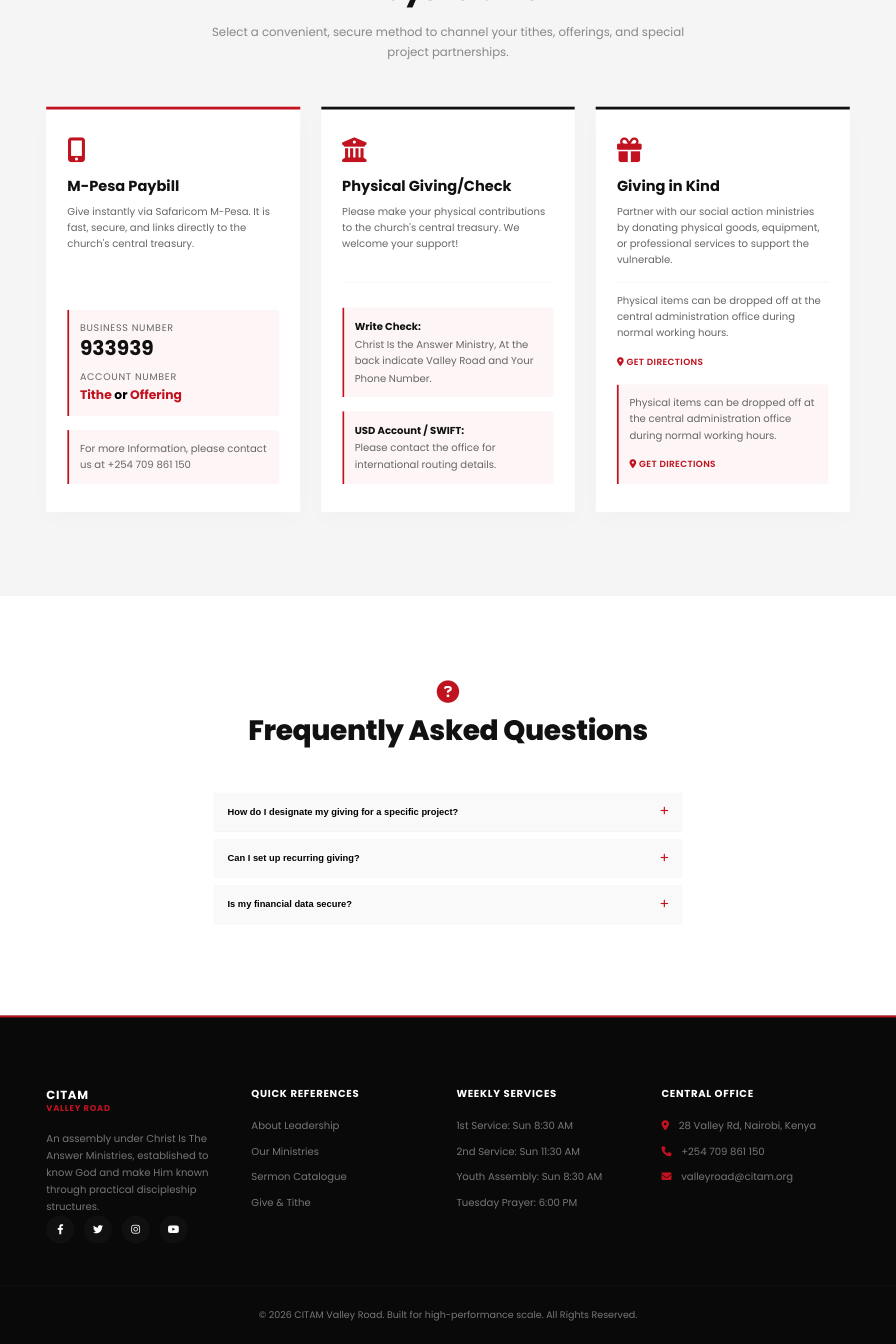
Repository: jereworks/CITAMVRD-Website
Page: give.html
An editor plug-in stored every save of this project. The page is shown before and after the next save, followed by the edit.
The browser window is 1280 px wide. The pictures show the part of the page from y = 669 to 2589 px (the page is 2589 px tall before and 2565 px after), at 70% of full size.

Above is the page before, as saved 2026-06-12 07:33:12.

### give.html
<!DOCTYPE html>
<html lang="en">
<head>
    <meta charset="UTF-8">
    <meta name="viewport" content="width=device-width, initial-scale=1.0">
    <meta name="description" content="Support the ministry at CITAM Valley Road through your tithes, offerings, and partnership. Find our M-Pesa Paybill, Bank details, and other giving methods.">
    <title>Give & Partner | CITAM Valley Road</title>

    <link rel="preconnect" href="https://fonts.googleapis.com">
    <link rel="preconnect" href="https://fonts.gstatic.com" crossorigin>
    <link href="https://fonts.googleapis.com/css2?family=Poppins:wght@300;400;500;600;700;800&display=swap" rel="stylesheet">
    <link rel="stylesheet" href="https://cdnjs.cloudflare.com/ajax/libs/font-awesome/6.4.0/css/all.min.css">

    <link rel="stylesheet" href="css/style.css">
</head>
<body>

    <div class="top-bar">
        <div class="container top-bar-flex">
            <div class="top-info">
                <span><i class="fas fa-phone-alt"></i> +254 709 861 150</span>
                <span><i class="fas fa-envelope"></i> valleyroad@citam.org</span>
                <span><i class="fas fa-map-marker-alt"></i> 28 Valley Rd, Nairobi, Kenya</span>
            </div>
            <div class="top-social">
                <a href="https://www.facebook.com/citamvrdke" target="_blank" aria-label="Facebook"><i class="fab fa-facebook-f"></i></a>
                <a href="https://x.com/CitamVrdKE" aria-label="Twitter"><i class="fab fa-twitter"></i></a>
                <a href="https://www.instagram.com/citamvrdke/" aria-label="Instagram"><i class="fab fa-instagram"></i></a>
                <a href="https://www.youtube.com/@CITAMValleyRoadNPC" aria-label="YouTube"><i class="fab fa-youtube"></i></a>
            </div>
        </div>
    </div>

    <header class="header" id="header">
        <div class="container nav-container">

            <a href="index.html" class="logo" aria-label="CITAM Valley Road Home" style="display: flex; align-items: center; gap: 15px; text-decoration: none;">
                <img src="images/CITAMLOGO.svg" alt="CITAM Logo" style="height: 70px; width: auto; display: block;">

                <div style="display: flex; flex-direction: column; justify-content: center;">
                    <span style="font-size: 2.2rem; font-weight: 800; color: #ffffff; line-height: 0.85; letter-spacing: 2px;">
                        CITAM
                    </span>
                    <span style="font-size: 0.7rem; font-weight: 400; color: #ffffff; line-height: 1; margin-top: 6px; text-transform: uppercase; width: 100%; text-align-last: justify;">
                        Valley Road
                    </span>
                </div>
            </a>

            <nav class="nav-menu" id="nav-menu" aria-label="Main Navigation">
                <ul class="nav-list">
                    <li><a href="index.html">Home</a></li>
                    <li><a href="about.html">About Us</a></li>
                    <li><a href="ministries.html">Ministries</a></li>
                    <li><a href="sermons.html">Sermons</a></li>
                    <li><a href="events.html">Events</a></li>
                    <li><a href="gallery.html">Gallery</a></li>
                    <li><a href="contact.html">Contact</a></li>
                </ul>
            </nav>

            <div class="nav-actions">
                <a href="give.html" class="btn btn-primary btn-nav active">Give / Tithe</a>
                <button class="hamburger" id="hamburger" aria-expanded="false" aria-label="Toggle navigation menu">
                    <i class="fas fa-bars"></i>
                </button>
            </div>
        </div>
    </header>

    <section class="about-hero-banner" style="background: linear-gradient(rgba(17, 17, 17, 0.85), rgba(17, 17, 17, 0.85)), url('https://images.unsplash.com/photo-1529070538774-1843cb3265df?auto=format&fit=crop&w=1920&q=80') no-repeat center center/cover;">
        <div class="container text-center">
            <span class="hero-pre-tag animate-on-scroll reveal-up">Worship & Partner</span>
            <h1 class="animate-on-scroll reveal-up delay-1">Giving & Tithes</h1>
            <p class="hero-subtext animate-on-scroll reveal-up delay-2">Honoring God through our resources to advance the Kingdom, support our community, and impact the world.</p>
        </div>
    </section>

    <section class="section bg-light">
        <div class="container">
            <div class="text-center mb-4">
                <span class="section-subtitle text-primary">Secure Transfer Ecosystems</span>
                <h2 class="section-title">Ways to Give</h2>
                <p class="max-width-text">Select a convenient, secure method to channel your tithes, offerings, and special project partnerships.</p>
            </div>

            <div class="grid-3 mt-4">

                <div class="identity-box card-vision animate-on-scroll reveal-up" style="display: flex; flex-direction: column;">
                    <div style="overflow: visible;">
                        <i class="fas fa-mobile-alt icon-lead text-primary"></i>
                    </div>
                    <h3>M-Pesa Paybill</h3>
                    <p style="flex-grow: 1;">Give instantly via Safaricom M-Pesa. It is fast, secure, and links directly to the church's central treasury.</p>

                    <div style="background: rgba(193, 18, 31, 0.04); border-left: 3px solid var(--primary); padding: 15px; margin-top: 20px; border-radius: 0 4px 4px 0;">
                        <span style="display: block; font-size: 0.85rem; color: var(--text-muted); text-transform: uppercase; letter-spacing: 1px;">Business Number</span>
                        <strong style="display: block; font-size: 1.8rem; color: var(--dark); line-height: 1.2;">933939</strong>

                        <span style="display: block; font-size: 0.85rem; color: var(--text-muted); text-transform: uppercase; letter-spacing: 1px; margin-top: 12px;">Account Number</span>
                        <strong style="display: block; font-size: 1.1rem; color: var(--primary);">Tithe <span style="color: #000000;">or</span> Offering</strong>
                    </div>

                    <div style="background: rgba(193, 18, 31, 0.04); border-left: 3px solid var(--primary); padding: 15px; margin-top: 20px; border-radius: 0 4px 4px 0;">
                        <p style="flex-grow: 1;">For more Information, please contact us at +254 709 861 150</p>
                    </div>

                </div>

                <div class="identity-box animate-on-scroll reveal-up delay-1" style="display: flex; flex-direction: column;">
                    <div style="overflow: visible;">
                        <i class="fas fa-university icon-lead text-primary"></i>
                    </div>
                    <h3>Physical Giving/Check</h3>
                    <p style="flex-grow: 1;">Please make your physical contributions to the church's central treasury. We welcome your support!</p>

                    <div style="border-top: 1px solid rgba(0,0,0,0.05); padding-top: 15px; margin-top: 20px;">
                        <ul style="list-style: none; font-size: 0.9rem;">
                            <li style="background: rgba(193, 18, 31, 0.04); border-left: 3px solid var(--primary); padding: 15px; margin-top: 20px; border-radius: 0 4px 4px 0;">
                                <strong style="color: var(--dark); display: block;">Write Check:</strong>
                                Christ Is the Answer Ministry, At the back indicate Valley Road and Your Phone Number.
                            </li>

                            <li style="background: rgba(193, 18, 31, 0.04); border-left: 3px solid var(--primary); padding: 15px; margin-top: 20px; border-radius: 0 4px 4px 0;">
                                <strong style="color: var(--dark); display: block;">USD Account / SWIFT:</strong>
                                Please contact the office for international routing details.
                            </li>
                        </ul>
                    </div>
                </div>

                <div class="identity-box animate-on-scroll reveal-up delay-2" style="display: flex; flex-direction: column;">
                    <div style="overflow: visible;">
                        <i class="fas fa-gift icon-lead text-primary"></i>
                    </div>
                    <h3>Giving in Kind</h3>
                    <p style="flex-grow: 1;">Partner with our social action ministries by donating physical goods, equipment, or professional services to support the vulnerable.</p>

                    <div style="border-top: 1px solid rgba(0,0,0,0.05); padding-top: 15px; margin-top: 20px;">
                        <p style="font-size: 0.9rem; margin-bottom: 15px;">Physical items can be dropped off at the central administration office during normal working hours.</p>
                        <a href="contact.html" class="action-link" style="color: var(--primary);"><i class="fas fa-map-marker-alt"></i> Get Directions</a>
                    </div>

                    <div style="background: rgba(193, 18, 31, 0.04); border-left: 3px solid var(--primary); padding: 15px; margin-top: 20px; border-radius: 0 4px 4px 0;">
                        <p style="font-size: 0.9rem; margin-bottom: 15px;">Physical items can be dropped off at the central administration office during normal working hours.</p>
                        <a href="contact.html" class="action-link" style="color: var(--primary);"><i class="fas fa-map-marker-alt"></i> Get Directions</a>
                    </div>

                </div>

            </div>
        </div>
    </section>

    <section class="section bg-white">
        <div class="container max-width-text">
            <div class="text-center mb-4">
                <i class="fas fa-question-circle text-primary" style="font-size: 2rem; margin-bottom: 15px;"></i>
                <h2 class="section-title">Frequently Asked Questions</h2>
            </div>

            <div class="accordion-container animate-on-scroll reveal-up">

                <div class="accordion-item">
                    <button class="accordion-header" aria-expanded="false">
                        <span>How do I designate my giving for a specific project?</span>
                        <i class="fas fa-plus text-primary transition-smooth"></i>
                    </button>
                    <div class="accordion-content">
                        <p style="padding: 15px 0;">When using M-Pesa, you can indicate the specific project name in the <strong>Account Number</strong> field (e.g., "Building Fund", "Missions", or "Welfare"). For Bank Transfers, please include the designation in your transfer reference notes.</p>
                    </div>
                </div>

                <div class="accordion-item">
                    <button class="accordion-header" aria-expanded="false">
                        <span>Can I set up recurring giving?</span>
                        <i class="fas fa-plus text-primary transition-smooth"></i>
                    </button>
                    <div class="accordion-content">
                        <p style="padding: 15px 0;">Yes. We highly encourage setting up a Standing Order with your bank. This automates your tithes and regular offerings, ensuring consistency. You can use the bank details provided above to set this up with your branch.</p>
                    </div>
                </div>

                <div class="accordion-item">
                    <button class="accordion-header" aria-expanded="false">
                        <span>Is my financial data secure?</span>
                        <i class="fas fa-plus text-primary transition-smooth"></i>
                    </button>
                    <div class="accordion-content">
                        <p style="padding: 15px 0;">Absolutely. All digital transactions are processed directly through Safaricom and our partnered commercial banks. CITAM Valley Road does not intercept, store, or process your direct banking passwords or PINs.</p>
                    </div>
                </div>

            </div>
        </div>
    </section>

    <footer class="footer">
        <div class="container grid-4">
            <div class="footer-col">
                <h3>CITAM<span>Valley Road</span></h3>
                <p>An assembly under Christ Is The Answer Ministries, established to know God and make Him known through practical discipleship structures.</p>
                <div class="social-links">
                    <a href="https://www.facebook.com/citamvrdke" target="_blank" rel="noopener noreferrer" aria-label="Facebook"><i class="fab fa-facebook-f"></i></a>
                    <a href="https://x.com/CitamVrdKE" target="_blank" rel="noopener noreferrer" aria-label="Twitter"><i class="fab fa-twitter"></i></a>
                    <a href="https://www.instagram.com/citamvrdke/" target="_blank" rel="noopener noreferrer" aria-label="Instagram"><i class="fab fa-instagram"></i></a>
                    <a href="https://www.youtube.com/@CITAMValleyRoadNPC" target="_blank" rel="noopener noreferrer" aria-label="YouTube"><i class="fab fa-youtube"></i></a>
                </div>
            </div>
            <div class="footer-col">
                <h4>Quick References</h4>
                <ul>
                    <li><a href="about.html">About Leadership</a></li>
                    <li><a href="ministries.html">Our Ministries</a></li>
                    <li><a href="sermons.html">Sermon Catalogue</a></li>
                    <li><a href="give.html">Give & Tithe</a></li>
                </ul>
            </div>
            <div class="footer-col">
                <h4>Weekly Services</h4>
                <ul>
                    <li>1st Service: Sun 8:30 AM</li>
                    <li>2nd Service: Sun 11:30 AM</li>
                    <li>Youth Assembly: Sun 8:30 AM</li>
                    <li>Tuesday Prayer: 6:00 PM</li>
                </ul>
            </div>
            <div class="footer-col">
                <h4>Central Office</h4>
                <ul>
                    <li><i class="fas fa-map-marker-alt"></i> 28 Valley Rd, Nairobi, Kenya</li>
                    <li><i class="fas fa-phone"></i> +254 709 861 150</li>
                    <li><i class="fas fa-envelope"></i> valleyroad@citam.org</li>
                </ul>
            </div>
        </div>
        <div class="footer-bottom text-center">
            <p>© 2026 CITAM Valley Road. Built for high-performance scale. All Rights Reserved.</p>
        </div>
    </footer>

    <script>
        document.addEventListener('DOMContentLoaded', () => {

            // 1. Sticky Header Intersection
            const header = document.getElementById('header');
            window.addEventListener('scroll', () => {
                if (window.scrollY > 50) {
                    header.classList.add('scrolled');
                } else {
                    header.classList.remove('scrolled');
                }
            });

            // 2. Mobile Nav Toggle
            const hamburger = document.getElementById('hamburger');
            const navMenu = document.getElementById('nav-menu');
            hamburger.addEventListener('click', () => {
                navMenu.classList.toggle('show');
                const isExpanded = hamburger.getAttribute('aria-expanded') === 'true';
                hamburger.setAttribute('aria-expanded', !isExpanded);
            });

            // 3. Cinematic Scroll Reveal via IntersectionObserver
            const observerOptions = {
                root: null,
                rootMargin: '0px',
                threshold: 0.15
            };

            const revealObserver = new IntersectionObserver((entries, observer) => {
                entries.forEach(entry => {
                    if (entry.isIntersecting) {
                        entry.target.classList.add('active');
                        observer.unobserve(entry.target);
                    }
                });
            }, observerOptions);

            const animatableElements = document.querySelectorAll('.animate-on-scroll');
            animatableElements.forEach(el => revealObserver.observe(el));

            // 4. Accordion Logic (Scalable UI Pattern)
            const accordionHeaders = document.querySelectorAll('.accordion-header');

            accordionHeaders.forEach(header => {
                header.addEventListener('click', function() {
                    const content = this.nextElementSibling;
                    const icon = this.querySelector('i');
                    const isOpen = content.style.maxHeight;

                    // Close all other accordions
                    document.querySelectorAll('.accordion-content').forEach(item => {
                        item.style.maxHeight = null;
                    });
                    document.querySelectorAll('.accordion-header i').forEach(item => {
                        item.classList.remove('fa-minus');
                        item.classList.add('fa-plus');
                    });
                    document.querySelectorAll('.accordion-header').forEach(item => {
                        item.setAttribute('aria-expanded', 'false');
                    });

                    // Open clicked if it was closed
                    if (!isOpen) {
                        content.style.maxHeight = content.scrollHeight + "px";
                        icon.classList.remove('fa-plus');
                        icon.classList.add('fa-minus');
                        this.setAttribute('aria-expanded', 'true');
                    }
                });
            });
        });
    </script>
</body>
</html>

Loaded but not shown: css/style.css (1641 lines, source omitted)

After the next save:
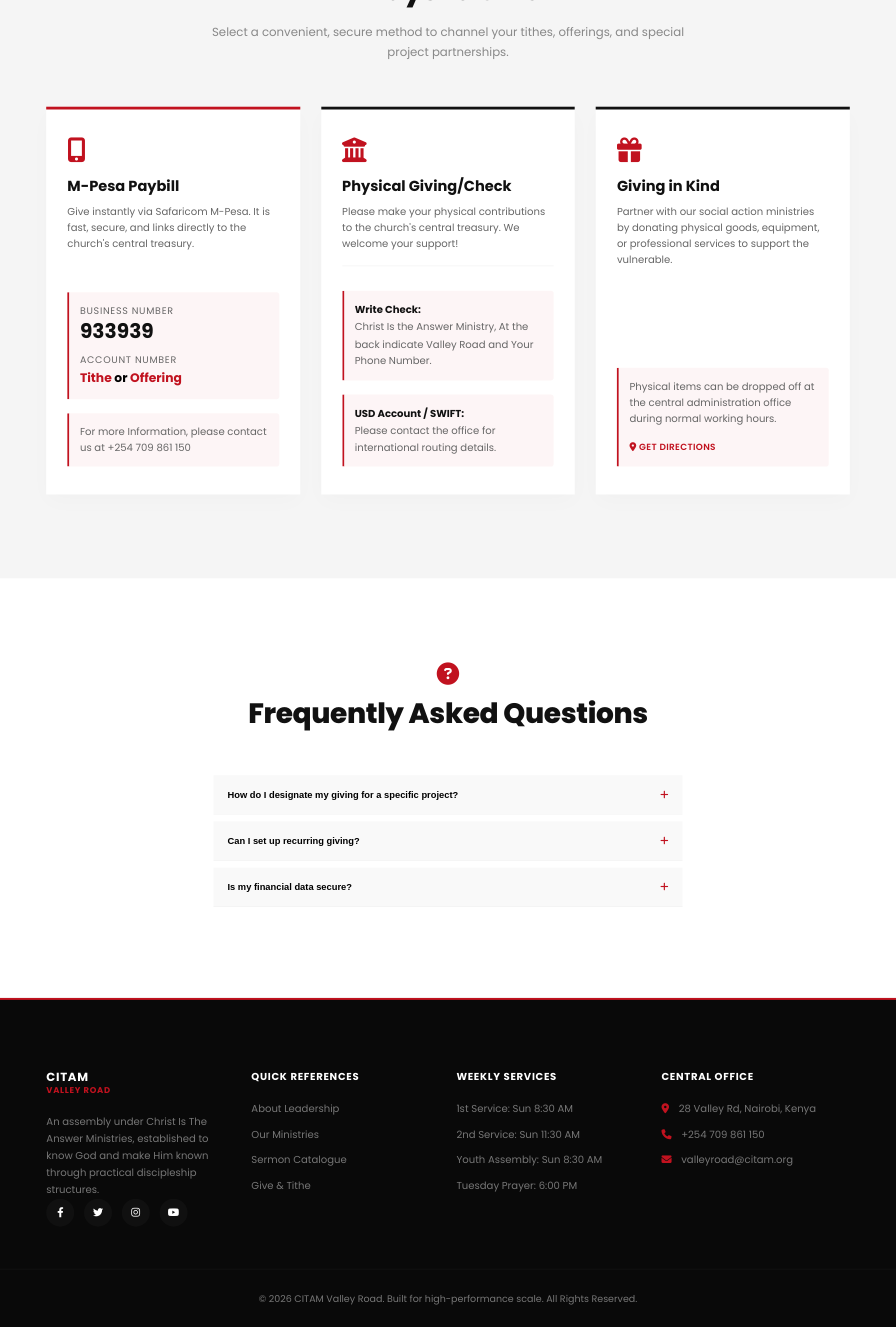
Saved 8 s later.
--- a/give.html
+++ b/give.html
@@ -135,11 +135,6 @@
                     </div>
                     <h3>Giving in Kind</h3>
                     <p style="flex-grow: 1;">Partner with our social action ministries by donating physical goods, equipment, or professional services to support the vulnerable.</p>
-
-                    <div style="border-top: 1px solid rgba(0,0,0,0.05); padding-top: 15px; margin-top: 20px;">
-                        <p style="font-size: 0.9rem; margin-bottom: 15px;">Physical items can be dropped off at the central administration office during normal working hours.</p>
-                        <a href="contact.html" class="action-link" style="color: var(--primary);"><i class="fas fa-map-marker-alt"></i> Get Directions</a>
-                    </div>
 
                     <div style="background: rgba(193, 18, 31, 0.04); border-left: 3px solid var(--primary); padding: 15px; margin-top: 20px; border-radius: 0 4px 4px 0;">
                         <p style="font-size: 0.9rem; margin-bottom: 15px;">Physical items can be dropped off at the central administration office during normal working hours.</p>
